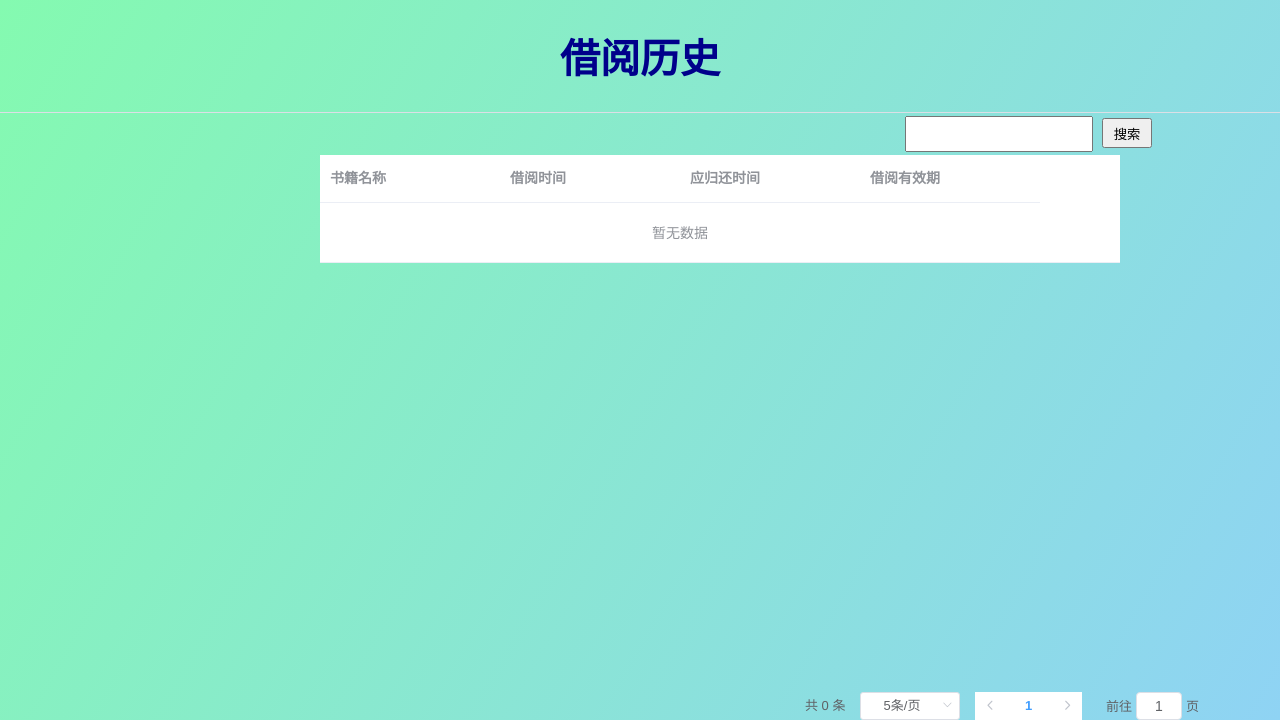
Repository: Akron-xz/helloVue
Page: /#/borrowhistory (app in vue-library/)
These files come from the project's save history. The page is drawn as it stood at one moment and after the next save; the edit follows.
The browser window is 1280 px wide. The pictures show the whole page.
The project was rebuilt for these pictures with package versions that can differ from the ones it lists, and the page was loaded fresh each time. Also part of the build but not shown: vue-library/src/components/homeNav.vue, vue-library/src/views/Home.vue.

Above is the page before, as saved 2020-11-24 23:19:19.

After the next save:
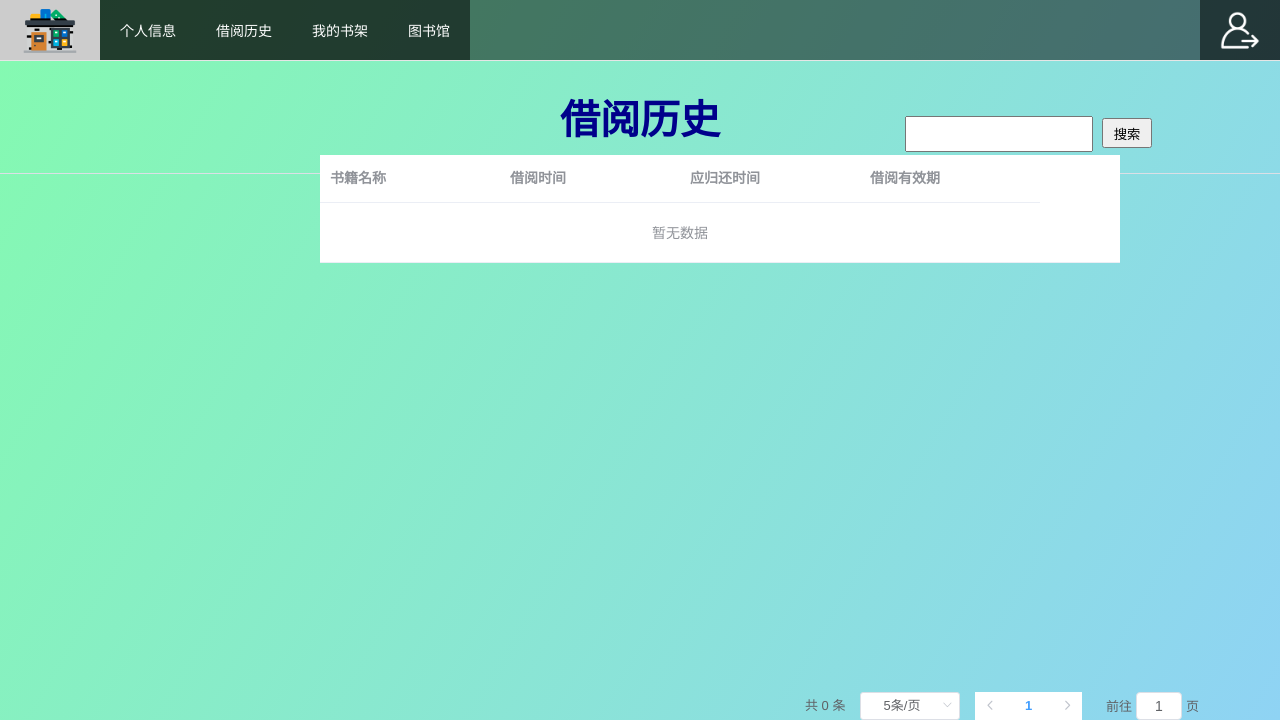
Saved 91 s later.
--- a/vue-library/src/views/BorrowHistory.vue
+++ b/vue-library/src/views/BorrowHistory.vue
@@ -1,5 +1,6 @@
 <template>
 <div class="history-container">
+<userNavigation></userNavigation>
 <h1 class="history-title">借阅历史</h1>
  <el-divider></el-divider>
  <div class="searchBox">
@@ -55,7 +56,11 @@
   </template>
 <script>
 import axios from "axios"
+import userNavigation from '@/components/userNav.vue'
     export default {
+      components:{
+        userNavigation
+    },
       data() {
         return {
           userData:[
